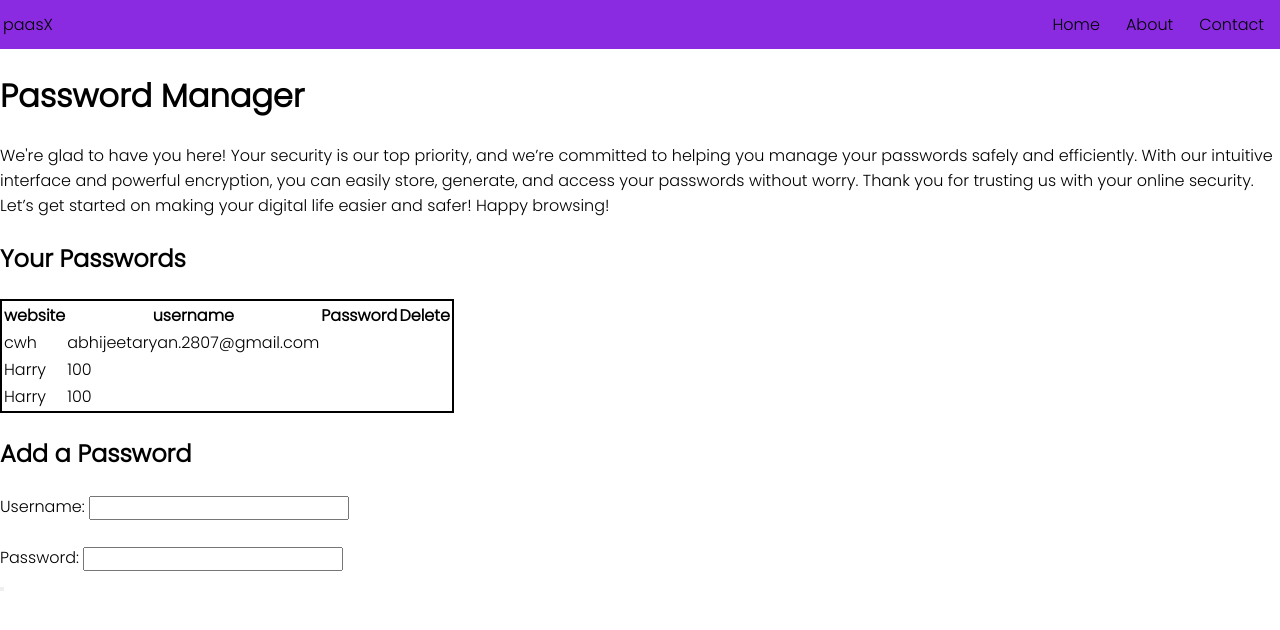
Repository: Abhi2807ar/PASSWORD-MANAGER
Page: index.html
The author's editor kept a copy of each file at every save. The page is drawn from the files as they stood at one save, then again after the next save.
The browser window is 1280 px wide. The pictures show the whole page.

Above is the page before, as saved 2024-10-14 15:00:41.

### index.html
<!DOCTYPE html>
<html lang="en">
<head>
    <meta charset="UTF-8">
    <meta name="viewport" content="width=device-width, initial-scale=1.0">
    <title>Documentx</title>
  <link rel="stylesheet" href="style.css">

</head>

<body>
    <nav>
        <div class="logo">paasX</div>
        <ul>
            <li>Home</li>
            <li>About</li>
            <li>Contact</li>

        </ul>

    </nav>
    <div class="'container">
        <h1>Password Manager</h1>
        <p> We're glad to have you here! Your security is our top priority,
             and we’re committed to helping you manage your passwords safely and efficiently.
              With our intuitive interface and powerful encryption, you can easily store, generate, and access your passwords without worry.
Thank you for trusting us with your online security. Let’s get started on making your digital life easier and safer!
Happy browsing!
        </p>
        <h2>Your Passwords</h2>
        <table>
            <tr>
              <th>website</th>
              <th>username</th>
              <th>Password</th>
              <th>Delete</th>
            </tr>
            <tr>
              <td>cwh</td>
              <td>abhijeetaryan.2807@gmail.com</td>
            </tr>
            <tr>
                <td>Harry</td>
                <td>100</td>
              </tr>
              <tr>
                <td>Harry</td>
                <td>100</td>
              </tr>
          </table>
        <h2>Add a Password</h2>
        <form action="/submit" method="post">
            <!-- Text input for username -->
            <label for="username">Username:</label>
            <input type="text" id="username" name="username" required>
            <br><br>

            <!-- Password input -->
            <label for="password">Password:</label>
            <input type="password" id="password" name="password" required>
            <br>

            <!-- Submit button -->
           <button class="'btn" type="submit"></button>
                </form>
    </div>
    <script src="index.js"></script>

</body>
</html>

### style.css

@import url('https://fonts.googleapis.com/css2?family=Poppins:wght@200;300&display=swap');
*{
    margin:0;
    padding:0;
    font-family: "Poppins", sans-serif;;
 }
 nav{ background-color: blueviolet;
    padding:12px 3px;
    display:flex;
    justify-content:space-between;
 }
 ul{
    display:flex;
    margin

 }
 ul li{
    list-style:none;
margin:0 13px;
 }
 table {
    border:2px solid black

}
.container{
    max-width: 80vw;
    margin: 23px auto;
}
h1,h2,h3{
    margin:23px 0;
}
.btn{
    padding:8px 17px;
    background:black;
    color:white;
    font-weight: 900;
    border:2px solid grey;
    border-radius:8px;
    margin:25px 0;
    cursor:pointer;
}

Loaded but not shown: index.js (no stored copy; drawn as an empty file)

After the next save:
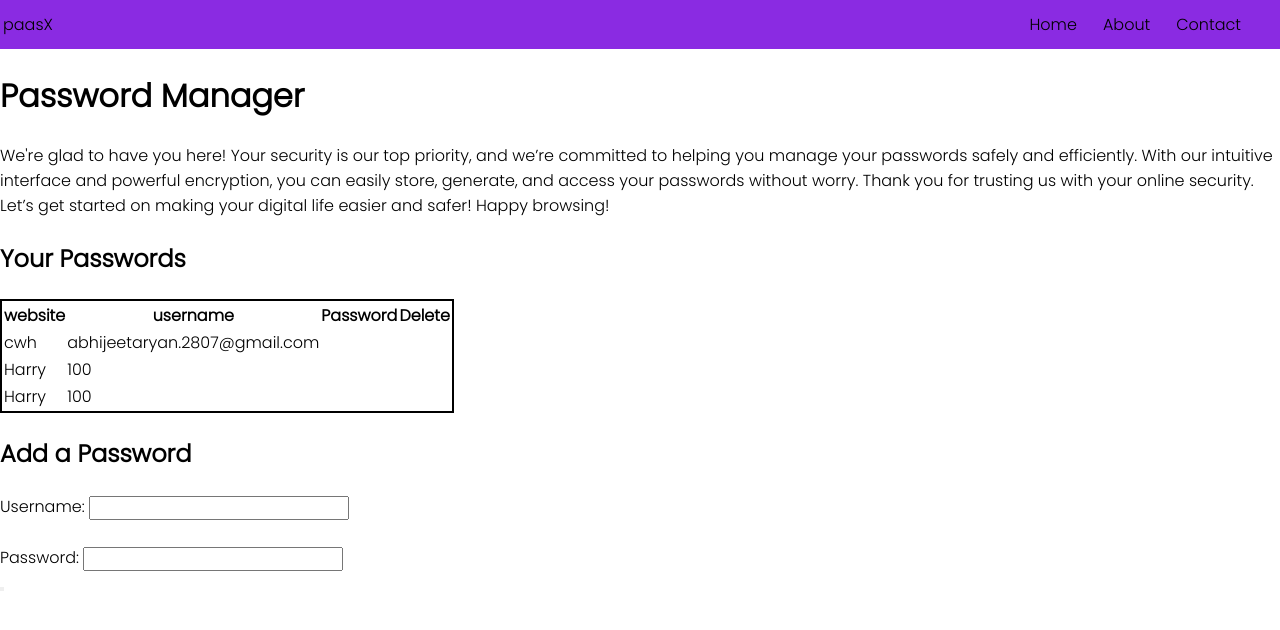
Saved 4 s later.
--- a/style.css
+++ b/style.css
@@ -12,7 +12,7 @@
  }
  ul{
     display:flex;
-    margin
+    margin: 0 23px;
 
  }
  ul li{
